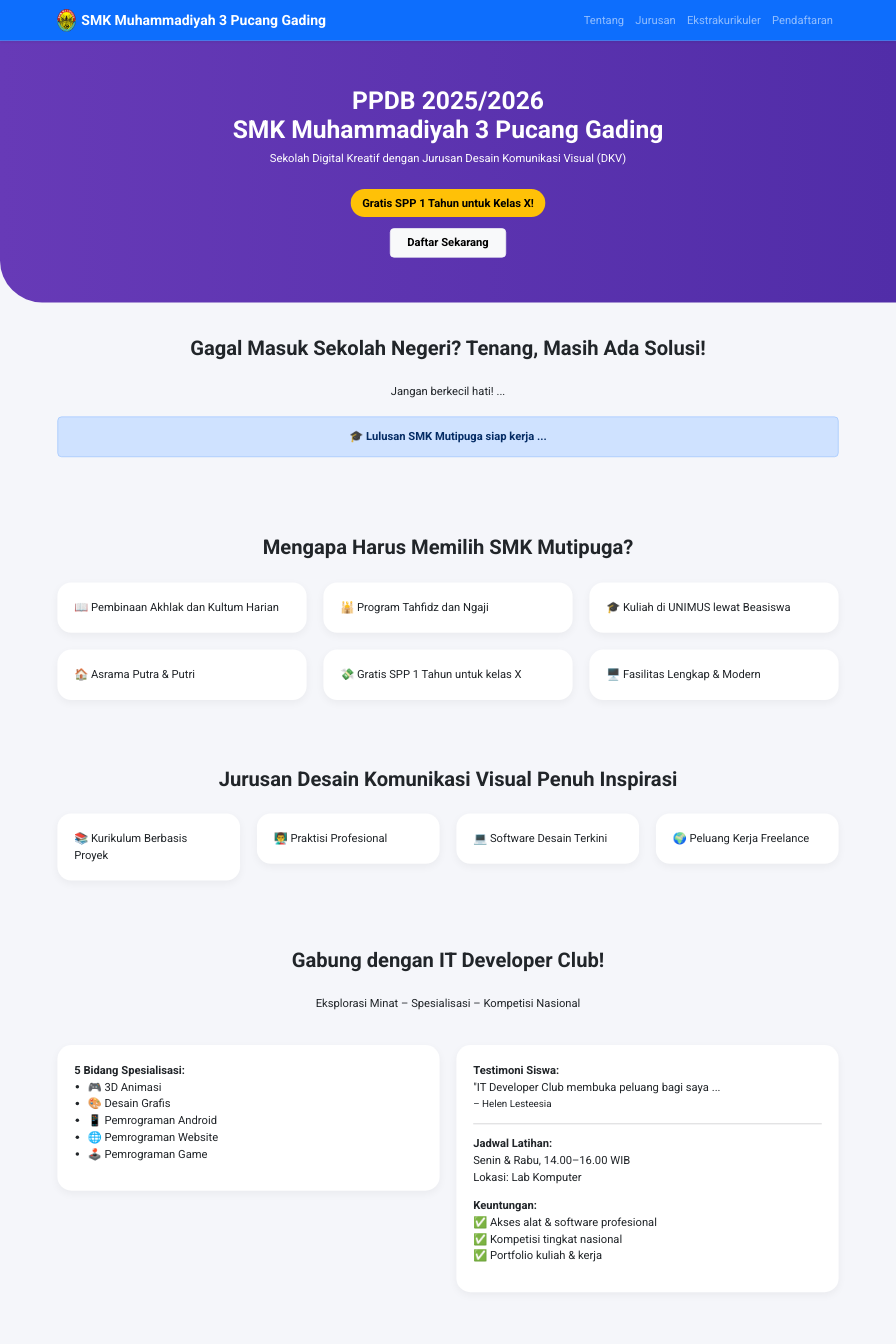
Repository: ppdbsmkmutipuga/ppdbsmkmutipuga.github.io
Page: index.html
The author's editor kept a copy of each file at every save. The page is drawn from the files as they stood at one save, then again after a run of saves.
The browser window is 1280 px wide. The pictures show the part of the page from y = 0 to 1920 px (the page is 2763 px tall before and 2884 px after), at 70% of full size.

Above is the page before, as saved 2025-06-29 02:58:57.
Not found: main.js

### index.html
<!DOCTYPE html>
<html lang="id">

<head>
    <meta charset="UTF-8" />
    <meta name="viewport" content="width=device-width, initial-scale=1.0" />
    <meta name="description"
        content="PPDB SMK Muhammadiyah 3 Pucang Gading - Sekolah Digital Kreatif Jurusan DKV. Gratis SPP 1 tahun untuk kelas X!" />
    <meta name="keywords"
        content="PPDB, SMK Muhammadiyah, DKV, Sekolah Digital, Gratis SPP, Ekstrakurikuler, IT Developer Club" />
    <meta name="author" content="SMK Mutipuga" />
    <title>PPDB SMK Mutipuga 2025/2026</title>
    <link href="https://fonts.googleapis.com/css2?family=Roboto:wght@400;700&display=swap" rel="stylesheet">
    <link href="https://cdn.jsdelivr.net/npm/bootstrap@5.3.3/dist/css/bootstrap.min.css" rel="stylesheet">
    <link rel="stylesheet" href="style.css">
</head>

<body>
    <nav class="navbar navbar-expand-lg navbar-dark bg-primary sticky-top shadow-sm">
        <div class="container">
            <a class="navbar-brand fw-bold d-flex align-items-center" href="#">
                <img src="images/logo.png" alt="Logo SMK Mutipuga" height="32" class="me-2">
                <span class="d-none d-sm-inline">SMK Muhammadiyah 3 Pucang Gading</span>
                <span class="d-inline d-sm-none">SMK MUTIPUGA</span>
            </a>

            <button class="navbar-toggler" type="button" data-bs-toggle="collapse" data-bs-target="#navMenu">
                <span class="navbar-toggler-icon"></span>
            </button>


            <div class="collapse navbar-collapse" id="navMenu">
                <ul class="navbar-nav ms-auto">
                    <li class="nav-item"><a class="nav-link" href="#tentang">Tentang</a></li>
                    <li class="nav-item"><a class="nav-link" href="#jurusan">Jurusan</a></li>
                    <li class="nav-item"><a class="nav-link" href="#ekskul">Ekstrakurikuler</a></li>
                    <li class="nav-item"><a class="nav-link" href="#pendaftaran">Pendaftaran</a></li>
                </ul>
            </div>
        </div>
    </nav>

    <header class="hero">
        <h1>PPDB 2025/2026<br>SMK Muhammadiyah 3 Pucang Gading</h1>
        <p>Sekolah Digital Kreatif dengan Jurusan Desain Komunikasi Visual (DKV)</p>
        <div class="highlight-badge">Gratis SPP 1 Tahun untuk Kelas X!</div><br>
        <a href="#pendaftaran" class="btn btn-light mt-3 fw-bold px-4 py-2">Daftar Sekarang</a>
    </header>

    <section class="container py-5">
        <h2 class="section-title">Gagal Masuk Sekolah Negeri? Tenang, Masih Ada Solusi!</h2>
        <p class="text-center">Jangan berkecil hati! ...</p>
        <div class="alert alert-primary mt-4 text-center fw-semibold">
            🎓 Lulusan SMK Mutipuga siap kerja ...
        </div>
    </section>

    <section class="container py-5">
        <h2 class="section-title">Mengapa Harus Memilih SMK Mutipuga?</h2>
        <div class="row g-4">
            <div class="col-md-4">
                <div class="card-custom">📖 Pembinaan Akhlak dan Kultum Harian</div>
            </div>
            <div class="col-md-4">
                <div class="card-custom">🕌 Program Tahfidz dan Ngaji</div>
            </div>
            <div class="col-md-4">
                <div class="card-custom">🎓 Kuliah di UNIMUS lewat Beasiswa</div>
            </div>
            <div class="col-md-4">
                <div class="card-custom">🏠 Asrama Putra & Putri</div>
            </div>
            <div class="col-md-4">
                <div class="card-custom">💸 Gratis SPP 1 Tahun untuk kelas X</div>
            </div>
            <div class="col-md-4">
                <div class="card-custom">🖥️ Fasilitas Lengkap & Modern</div>
            </div>
        </div>
    </section>

    <section class="container py-5">
        <h2 class="section-title">Jurusan Desain Komunikasi Visual Penuh Inspirasi</h2>
        <div class="row g-4">
            <div class="col-md-3">
                <div class="card-custom">📚 Kurikulum Berbasis Proyek</div>
            </div>
            <div class="col-md-3">
                <div class="card-custom">👨‍🏫 Praktisi Profesional</div>
            </div>
            <div class="col-md-3">
                <div class="card-custom">💻 Software Desain Terkini</div>
            </div>
            <div class="col-md-3">
                <div class="card-custom">🌍 Peluang Kerja Freelance</div>
            </div>
        </div>
    </section>

    <section class="container py-5">
        <h2 class="section-title">Gabung dengan IT Developer Club!</h2>
        <p class="text-center">Eksplorasi Minat – Spesialisasi – Kompetisi Nasional</p>
        <div class="row g-4 mt-4">
            <div class="col-md-6">
                <div class="card-custom">
                    <strong>5 Bidang Spesialisasi:</strong>
                    <ul>
                        <li>🎮 3D Animasi</li>
                        <li>🎨 Desain Grafis</li>
                        <li>📱 Pemrograman Android</li>
                        <li>🌐 Pemrograman Website</li>
                        <li>🕹️ Pemrograman Game</li>
                    </ul>
                </div>
            </div>
            <div class="col-md-6">
                <div class="card-custom">
                    <strong>Testimoni Siswa:</strong>
                    <blockquote>"IT Developer Club membuka peluang bagi saya ...<br><small>– Helen Lesteesia</small>
                    </blockquote>
                    <hr>
                    <p><strong>Jadwal Latihan:</strong><br>Senin & Rabu, 14.00–16.00 WIB<br>Lokasi: Lab Komputer</p>
                    <p><strong>Keuntungan:</strong><br>
                        ✅ Akses alat & software profesional<br>
                        ✅ Kompetisi tingkat nasional<br>
                        ✅ Portfolio kuliah & kerja</p>
                </div>
            </div>
        </div>
    </section>

    <section class="container py-5">
        <h2 class="section-title">Kegiatan & Ekstrakurikuler Seru</h2>
        <div class="row g-4">
            <div class="col-md-3">
                <div class="card-custom">💻 Coding di Lab</div>
            </div>
            <div class="col-md-3">
                <div class="card-custom">🖌️ Desain Grafis</div>
            </div>
            <div class="col-md-3">
                <div class="card-custom">📖 Ngaji Bersama</div>
            </div>
            <div class="col-md-3">
                <div class="card-custom">🏅 Tapak Suci, Futsal & Seni</div>
            </div>
        </div>
    </section>

    <section id="pendaftaran" class="container py-5">
        <h2 class="section-title">Informasi Pendaftaran</h2>
        <div class="row g-4">
            <div class="col-md-6">
                <div class="card-custom">
                    <strong>Syarat Pendaftaran:</strong>
                    <ul>
                        <li>📝 Mengisi Formulir</li>
                        <li>📄 Fotokopi Ijazah / SKL</li>
                        <li>📁 Fotokopi KK, KTP Ortu, Akta</li>
                        <li>🖼️ Pas Foto 3x4 (4 lembar)</li>
                    </ul>
                    <p><strong>Jadwal:</strong><br>Gelombang 1: Jan–Mar 2025<br>Gelombang 2: Apr–Jun 2025</p>
                    <div class="highlight-badge mt-3">Promo: Gratis SPP 1 Tahun*</div>
                </div>
            </div>
            <div class="col-md-6">
                <div class="card-custom">
                    <strong>Biaya & Kontak:</strong>
                    <ul class="mb-2">
                        <li>💳 Seragam: Rp1.000.000,-</li>
                        <li>📚 SPP Kelas XI & XII: Rp100.000,- / bulan</li>
                        <li>🏫 Wakaf Gelombang 1: Rp500.000,-</li>
                        <li>🧪 Praktikum: Rp65.000,- / bulan</li>
                    </ul>
                    <hr>
                    <p>📱 WhatsApp: 081325977099<br>
                        ✉️ Email: smkmuh3puding@gmail.com<br>
                        📍 Alamat: Jl. Pucang Gading Raya, Batursari</p>
                </div>
            </div>
        </div>
        <p class="text-center mt-3"><small>*Syarat & ketentuan berlaku</small></p>
    </section>

    <footer class="footer">
        &copy; 2025 SMK Muhammadiyah 3 Pucang Gading. All Rights Reserved.
    </footer>

    <script src="https://cdn.jsdelivr.net/npm/bootstrap@5.3.3/dist/js/bootstrap.bundle.min.js"></script>
    <script src="main.js"></script>
</body>

</html>

### style.css
body {
    font-family: 'Roboto', sans-serif;
    background: #f5f6fa;
}

.navbar-brand img {
    max-height: 32px;
    width: auto;
}

.hero {
    background: linear-gradient(to right, #673ab7, #512da8);
    color: white;
    padding: 4rem 2rem;
    border-bottom-left-radius: 60px;
    text-align: center;
}

.hero h1 {
    font-weight: 700;
    font-size: 2.2rem;
}

.highlight-badge {
    background-color: #ffc107;
    padding: 0.5rem 1rem;
    border-radius: 50px;
    color: #000;
    font-weight: bold;
    display: inline-block;
    margin-top: 1rem;
}

.section-title {
    text-align: center;
    font-weight: 700;
    font-size: 1.8rem;
    margin-bottom: 2rem;
}

.card-custom {
    border: none;
    border-radius: 20px;
    box-shadow: 0 4px 12px rgba(0, 0, 0, 0.05);
    padding: 1.5rem;
    background: #fff;
}

.footer {
    background-color: #512da8;
    color: white;
    padding: 2rem;
    text-align: center;
    border-top-left-radius: 60px;
}

ul {
    padding-left: 1.2rem;
}

#scrollTopBtn {
    display: none;
    position: fixed;
    bottom: 40px;
    right: 20px;
    z-index: 99;
    font-size: 18px;
    background-color: #512da8;
    color: white;
    border: none;
    padding: 12px 16px;
    border-radius: 50%;
    cursor: pointer;
    box-shadow: 0 2px 6px rgba(0, 0, 0, 0.3);
    transition: background-color 0.3s ease;
}

#scrollTopBtn:hover {
    background-color: #311b92;
}

.fade-in {
    opacity: 0;
    transform: translateY(30px);
    transition: opacity 0.8s ease-out, transform 0.8s ease-out;
}

.fade-in.show {
    opacity: 1;
    transform: translateY(0);
}

After the next 2 saves:
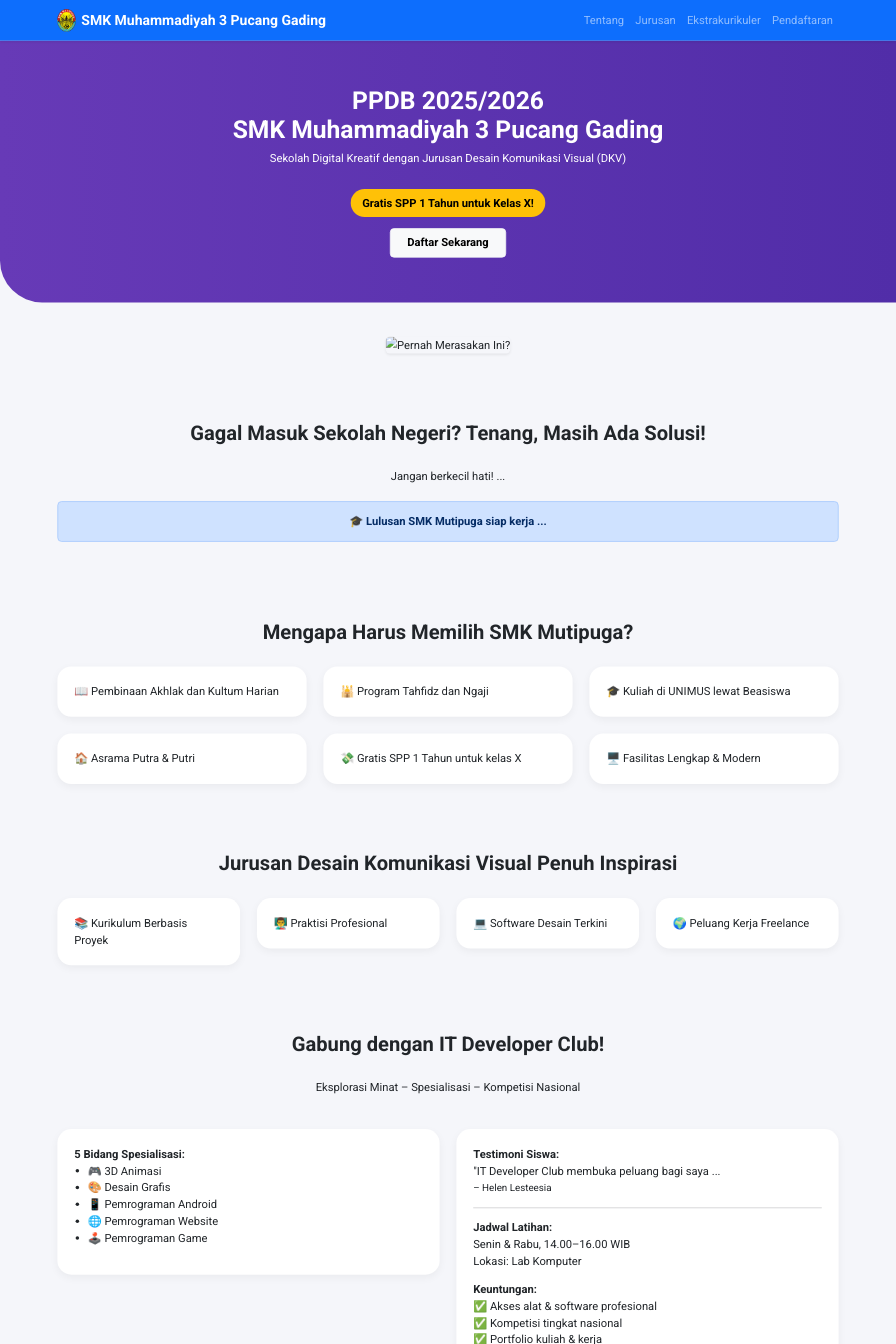
Not found: assets/pernah-merasakan-ini.png
The 2 saves are shown as one change because they came seconds apart.
The last was saved 2 min 52 s later.
--- a/index.html
+++ b/index.html
@@ -46,6 +46,10 @@
         <div class="highlight-badge">Gratis SPP 1 Tahun untuk Kelas X!</div><br>
         <a href="#pendaftaran" class="btn btn-light mt-3 fw-bold px-4 py-2">Daftar Sekarang</a>
     </header>
+    <section class="container py-5 text-center">
+        <img src="assets/pernah-merasakan-ini.png" alt="Pernah Merasakan Ini?" class="img-fluid rounded shadow-sm"
+            style="max-width: 600px;">
+    </section>
 
     <section class="container py-5">
         <h2 class="section-title">Gagal Masuk Sekolah Negeri? Tenang, Masih Ada Solusi!</h2>
